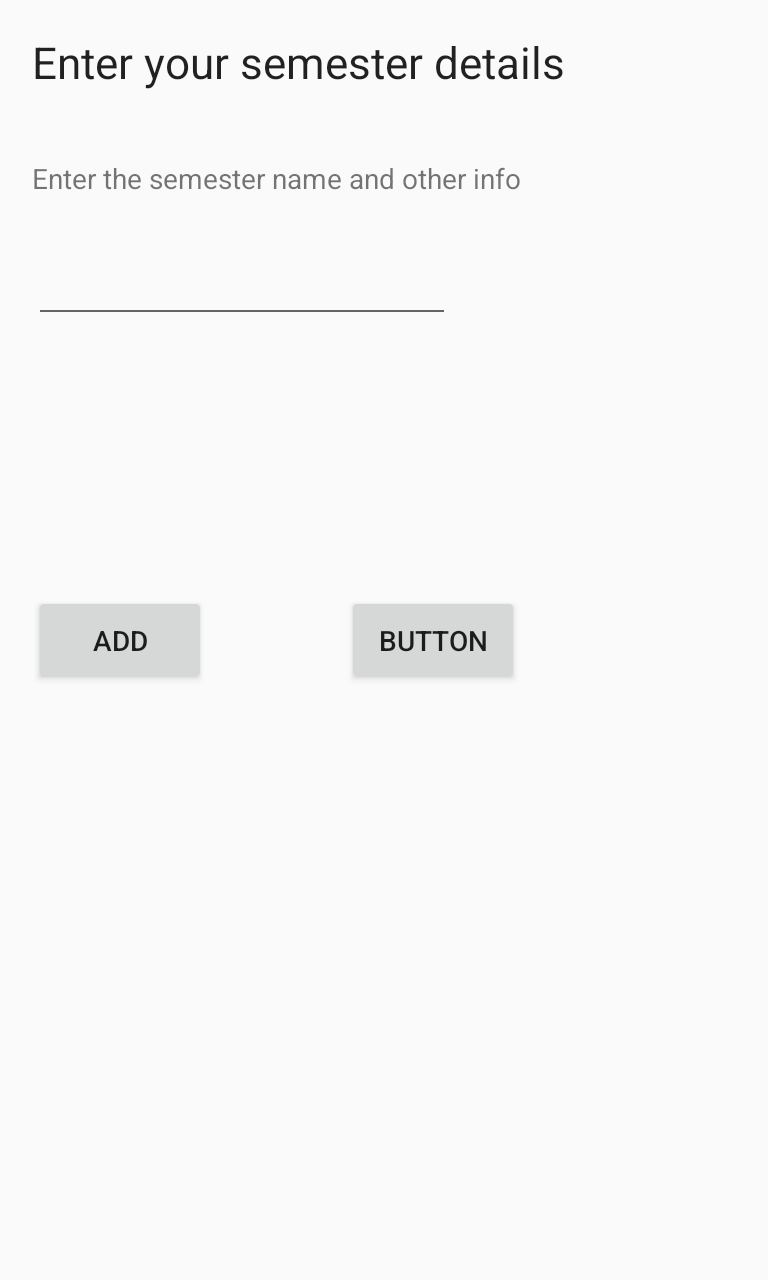
Repository: TeamZhao/Assignment-Tracker
Layout: Assignment-Tracker/AssignmentTracker/res/layout/activity_main.xml
These files come from the project's save history. The layout is drawn as it stood at one moment and after the next save; the edit follows.
It is drawn on a 768 x 1280 px phone screen (xhdpi) without system bars, with theme AppTheme; the app's code is not run.

Above is the layout before, as saved 2014-10-10 21:11:25.

### Assignment-Tracker/AssignmentTracker/res/layout/activity_main.xml
<RelativeLayout xmlns:android="http://schemas.android.com/apk/res/android"
    xmlns:tools="http://schemas.android.com/tools"
    android:layout_width="match_parent"
    android:layout_height="match_parent"
    android:paddingBottom="@dimen/activity_vertical_margin"
    android:paddingLeft="@dimen/activity_horizontal_margin"
    android:paddingRight="@dimen/activity_horizontal_margin"
    android:paddingTop="@dimen/activity_vertical_margin"
    tools:context="com.example.assignmenttracker.MainActivity" >

    <TextView
        android:id="@+id/textView1"
        android:layout_width="wrap_content"
        android:layout_height="wrap_content"
        android:layout_alignParentTop="true"
        android:layout_marginRight="29dp"
        android:text="@string/semesterDetails"
        android:textAppearance="?android:attr/textAppearanceLarge" />

    <TextView
        android:id="@+id/textView3"
        android:layout_width="wrap_content"
        android:layout_height="wrap_content"
        android:layout_below="@+id/textView1"
        android:layout_marginTop="34dp"
        android:text="@string/semesterName" />

    <EditText
        android:id="@+id/semesterDetails"
        android:layout_width="wrap_content"
        android:layout_height="wrap_content"
        android:layout_alignLeft="@+id/textView3"
        android:layout_below="@+id/textView3"
        android:layout_marginTop="24dp"
        android:ems="10"
        android:inputType="text" />

    <Button
        android:id="@+id/button1"
        android:layout_width="wrap_content"
        android:layout_height="wrap_content"
        android:layout_alignLeft="@+id/semesterDetails"
        android:layout_centerVertical="true"
        android:text="Add" />

    <Button
        android:id="@+id/button2"
        android:layout_width="wrap_content"
        android:layout_height="wrap_content"
        android:layout_alignBottom="@+id/button1"
        android:layout_alignRight="@+id/textView3"
        android:text="Button" />

</RelativeLayout>

### Assignment-Tracker/AssignmentTracker/res/values/strings.xml
<?xml version="1.0" encoding="utf-8"?>
<resources>

    <string name="app_name">Assignment Tracker</string>
    <string name="hello_world">Hello world!</string>
    <string name="action_settings">Settings</string>
	<string name="semesterDetails">Enter your semester details</string>
    <string name="semesterNo">Enter your semester number</string>
    <string name="semesterName">Enter the semester name and other info</string>
    <string name="addSemester">Add</string>
    <string name="cancelSemester">Cancel</string>
</resources>

Loaded but not shown: Assignment-Tracker/AssignmentTracker/res/values/styles.xml (common file); Assignment-Tracker/AssignmentTracker/res/values-v11/styles.xml (common file); Assignment-Tracker/AssignmentTracker/res/values-v14/styles.xml (common file); Assignment-Tracker/AssignmentTracker/res/values/dimens.xml (common file); Assignment-Tracker/AssignmentTracker/res/values-w820dp/dimens.xml (common file)

After the next save:
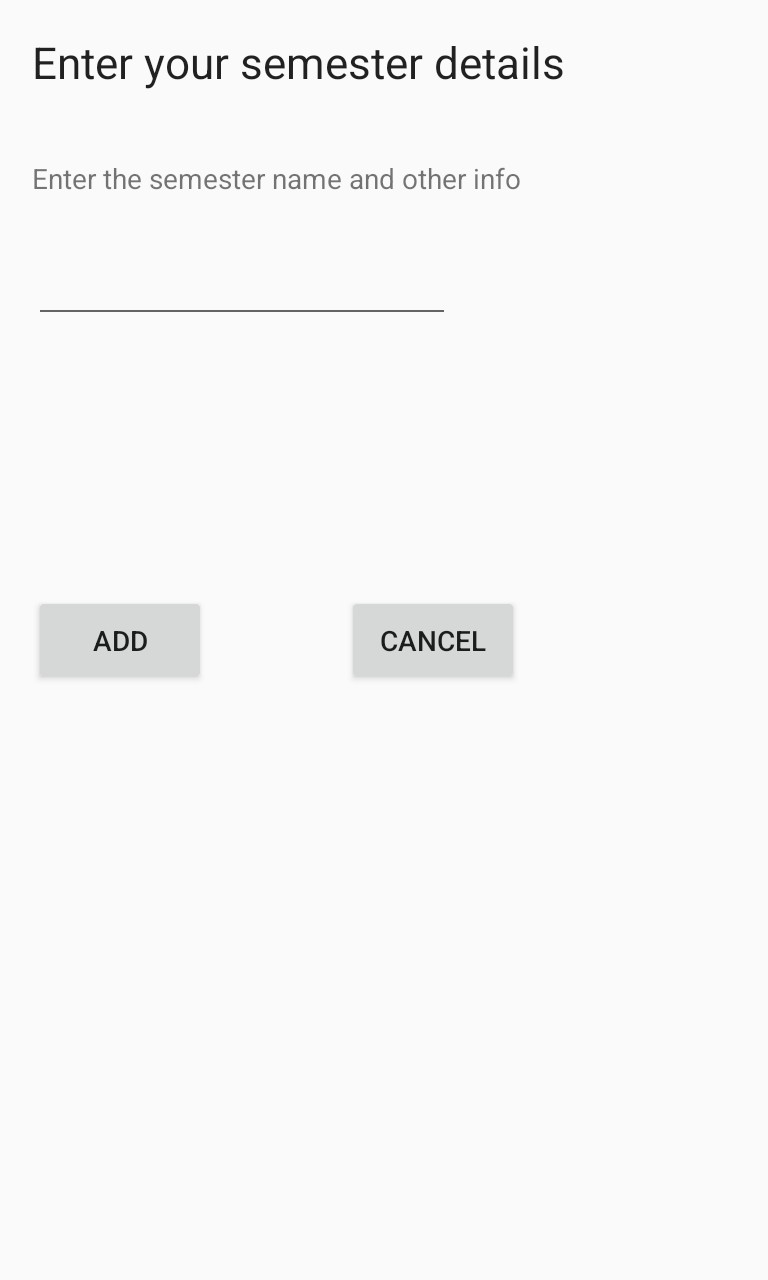
Saved 15 s later.
--- a/Assignment-Tracker/AssignmentTracker/res/layout/activity_main.xml
+++ b/Assignment-Tracker/AssignmentTracker/res/layout/activity_main.xml
@@ -41,7 +41,7 @@
         android:layout_height="wrap_content"
         android:layout_alignLeft="@+id/semesterDetails"
         android:layout_centerVertical="true"
-        android:text="Add" />
+        android:text="@string/addSemester" />
 
     <Button
         android:id="@+id/button2"
@@ -49,6 +49,6 @@
         android:layout_height="wrap_content"
         android:layout_alignBottom="@+id/button1"
         android:layout_alignRight="@+id/textView3"
-        android:text="Button" />
+        android:text="@string/cancelSemester" />
 
 </RelativeLayout>
